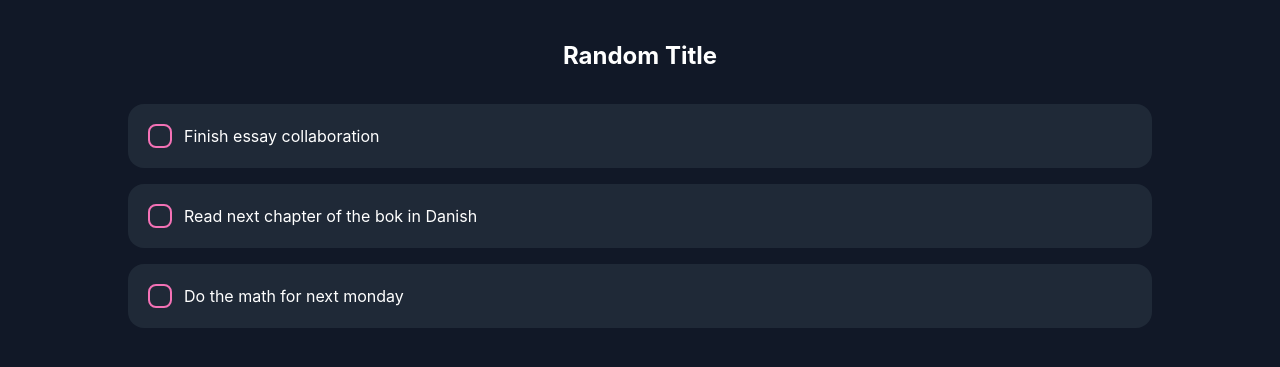
Repository: VachArt/react-exam-work
Page: /
These files come from the project's save history. The page is drawn as it stood at one moment and after the next save; the edit follows.
The browser window is 1280 px wide. The pictures show the whole page.
The project was rebuilt for these pictures with package versions that can differ from the ones it lists, and the page was loaded fresh each time.

Above is the page before, as saved 2022-04-27 21:09:42.

### src/index.jsx
import React from 'react'
import ReactDOM from 'react-dom/client'
import './index.css'
import Home from './components/pages/Home/Home'
import Layout from './components/layout/Layout'

const root = ReactDOM.createRoot(document.getElementById('root'));
root.render(
  <React.StrictMode>
    <Layout>
      <Home />
    </Layout>
  </React.StrictMode>
);

### src/components/pages/Home/Home.jsx
import React, { useState } from 'react'
import TodoItem from './item/TodoItem'

const data = [
    {
        _id: "efnejhj",
        title: "Finish essay collaboration",
        isCompleted: false,
    },
    {
        _id: "efnejhrrrr",
        title: "Read next chapter of the bok in Danish",
        isCompleted: false,
    },
    {
        _id: "efnejhj2323",
        title: "Do the math for next monday",
        isCompleted: false,
    }
]

const Home = () => {
    const [todos, setTodos] = useState(data)

    const changeTodo = (id) => {
        const copy = [...todos]
        const current = copy.find(t => t._id === id)
        current.isCompleted = !current.isCompleted
        setTodos(copy)
    }

    const removeTodo = id =>
        setTodos([...todos].filter(t => t.id !== id))

    return (
        <div className='text-white w-4/5 mx-auto'>
            <h1 className='text-2xl font-bold text-center mb-8'>Random Title</h1>
            {todos.map(todo => (
                <TodoItem
                    key={todo._id}
                    todo={todo}
                    changeTodo={changeTodo}
                    removeTodo={removeTodo}
                />
            ))}
        </div>
    )
}

export default Home

### src/components/layout/Layout.jsx
import React from 'react'

const Layout = ({ children }) => {
    return <div className='py-10 bg-gray-900 h-screen'>{children}</div>
}

export default Layout

### src/components/pages/Home/item/TodoItem.jsx
import React from 'react'
import Check from './Check'
import cn from 'classnames'

const TodoItem = ({todo, changeTodo}) => {
    return (
        <button className='flex items-center mb-4 rounded-2xl bg-gray-800 p-5 w-full'
            onClick={() => changeTodo(todo._id)}
        >
            <Check isCompleted={todo.isCompleted} />
            <span
                className={cn({
                    'line-through': todo.isCompleted,
                })}
            >
                {todo.title}</span>

        </button>
    )
}



export default TodoItem

### src/components/pages/Home/item/Check.jsx
import React from 'react'
import {BsCheck} from 'react-icons/bs'
import cn from 'classnames'

const Check = ({isCompleted}) => {
    return (
        <div className={cn(`border-2 rounded-lg border-pink-400 w-6 h-6 mr-3 flex items-center justify-center`,
                {
                    'bg-pink-400': isCompleted,
                }
            )}
        >
            {isCompleted && <BsCheck size={24}
            className='text-gray-900'/>}
        </div>
    )
}

export default Check

Loaded but not shown: public/index.html (common file); src/index.css (common file); tailwind.config.js (common file)

After the next save:
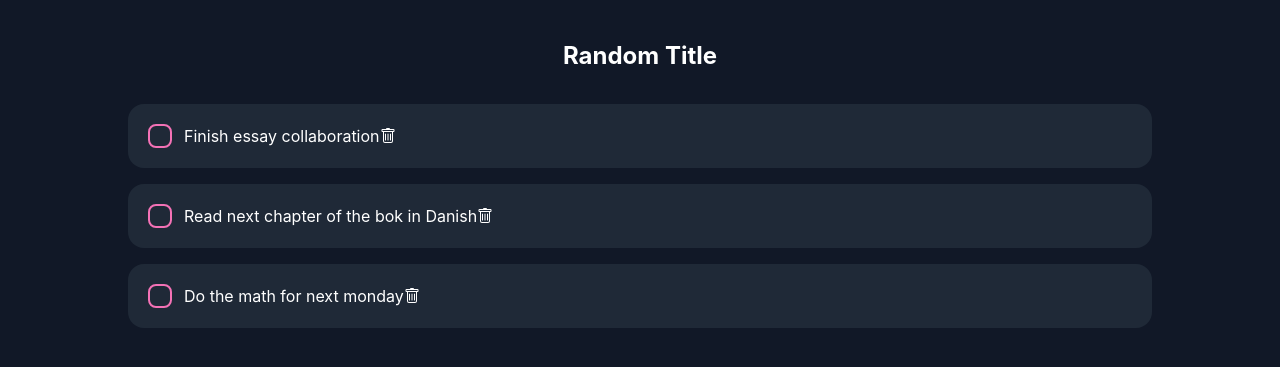
Saved 3 min 21 s later.
--- a/src/components/pages/Home/item/TodoItem.jsx
+++ b/src/components/pages/Home/item/TodoItem.jsx
@@ -1,6 +1,7 @@
 import React from 'react'
 import Check from './Check'
 import cn from 'classnames'
+import {BsTrash} from 'react-icons/bs'
 
 const TodoItem = ({todo, changeTodo}) => {
     return (
@@ -13,8 +14,9 @@ const TodoItem = ({todo, changeTodo}) => {
                     'line-through': todo.isCompleted,
                 })}
             >
-                {todo.title}</span>
-
+                {todo.title}
+            </span>
+            <BsTrash />
         </button>
     )
 }
